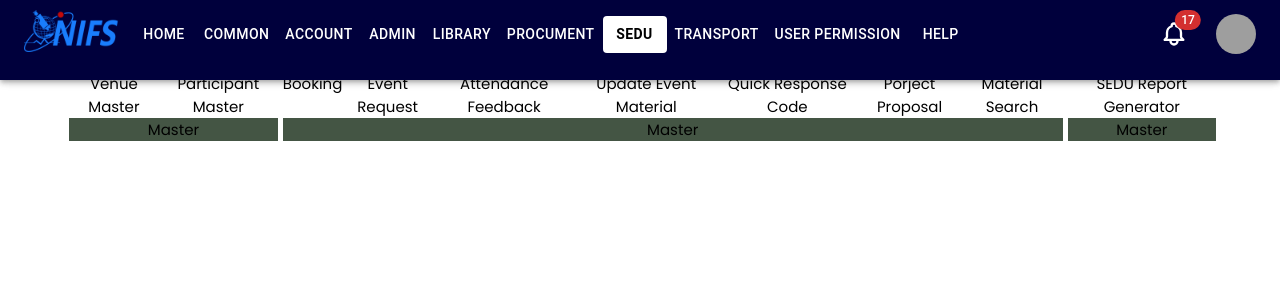
Repository: virangaj/NIFS-WebApp
Page: /sedu (app in client/)
The author's editor kept a copy of each file at every save. The page is drawn from the files as they stood at one save, then again after the next save.
The browser window is 1280 px wide. The pictures show the whole page.
Pictures or frames that could not be fetched are drawn as grey boxes. The project was rebuilt for these pictures with package versions that can differ from the ones it lists, and the page was loaded fresh each time. Also part of the build but not shown: client/src/pages/Login.tsx, client/src/pages/Home.tsx, client/src/components/Transport/shared/TransportNavbar.js, client/src/pages/TransportMainPage.tsx, client/src/pages/CommonMainPage.tsx, client/src/pages/AccountMainPage.tsx, client/src/pages/AdminMainPage.tsx, client/src/pages/LibraryMainPage.js and 4 more.

Above is the page before, as saved 2022-07-27 00:45:48.

After the next save:
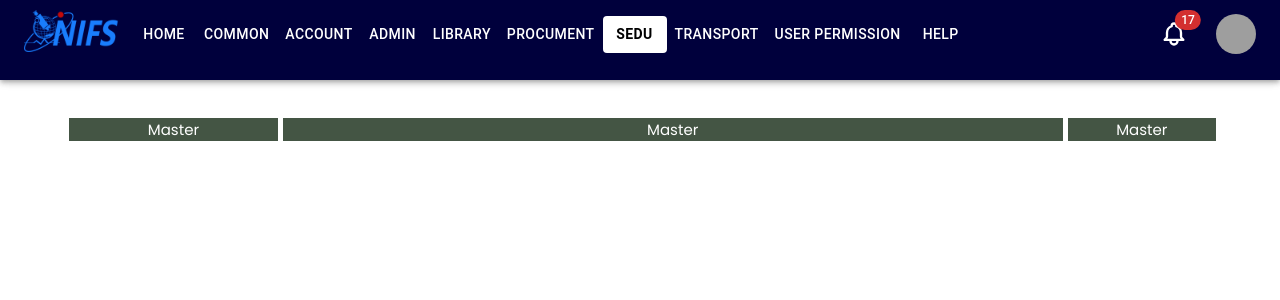
Saved 9 s later.
--- a/client/src/index.css
+++ b/client/src/index.css
@@ -50,6 +50,7 @@ body {
 .nav-title {
   font-size: 15px;
   text-align: center;
+  color: var(--white);
 
 }
 
